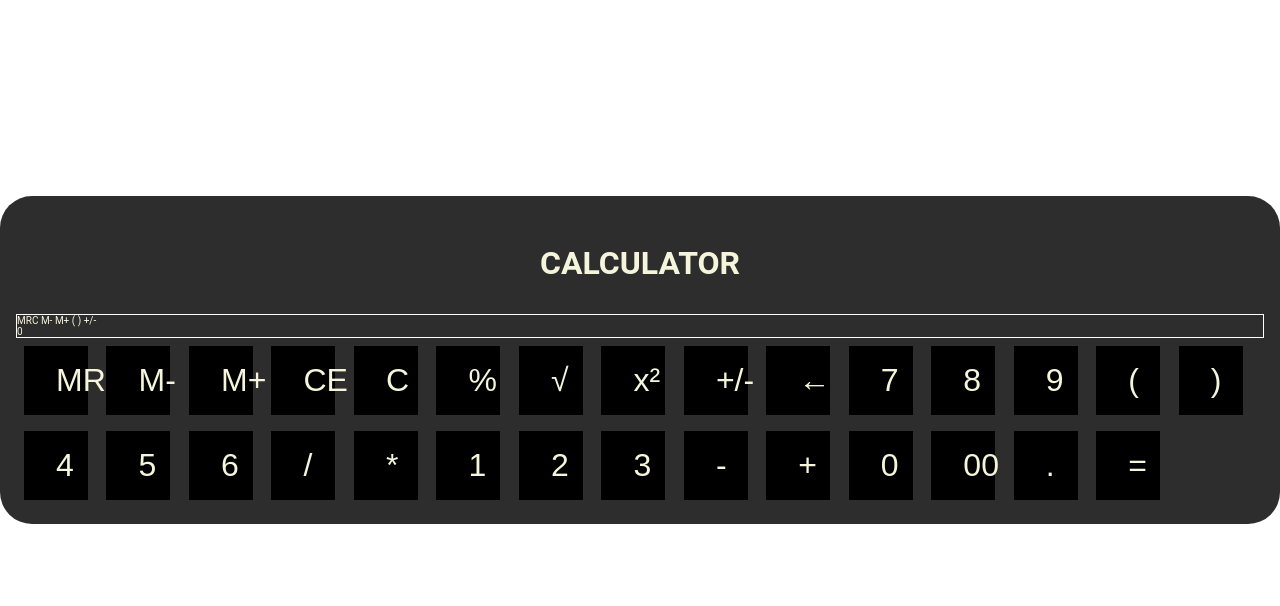
Repository: Denis793/CalculatorNew
Page: index.html
An editor plug-in stored every save of this project. The page is shown before and after the next save, followed by the edit.
The browser window is 1280 px wide. The pictures show the whole page.
The style sheet was rebuilt from its Sass, Less or Tailwind sources for each picture, by a compiler version that may differ from the author's.

Above is the page before, as saved 2025-05-17 17:40:13.

After the next save:
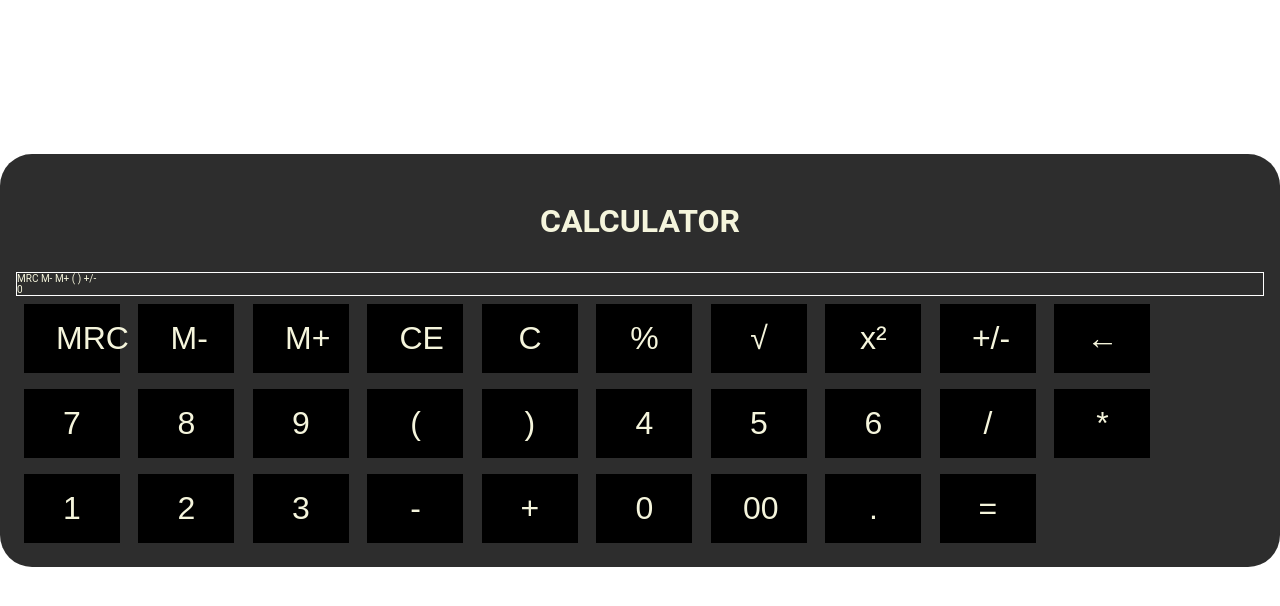
Saved 12 s later.
--- a/app/style/scss/main.scss
+++ b/app/style/scss/main.scss
@@ -21,7 +21,7 @@ h1 {
 }
 
 button {
-  width: 4rem;
+  width: 6rem;
   padding: 1rem 2rem;
   text-align: center;
   margin: 0.5rem;
